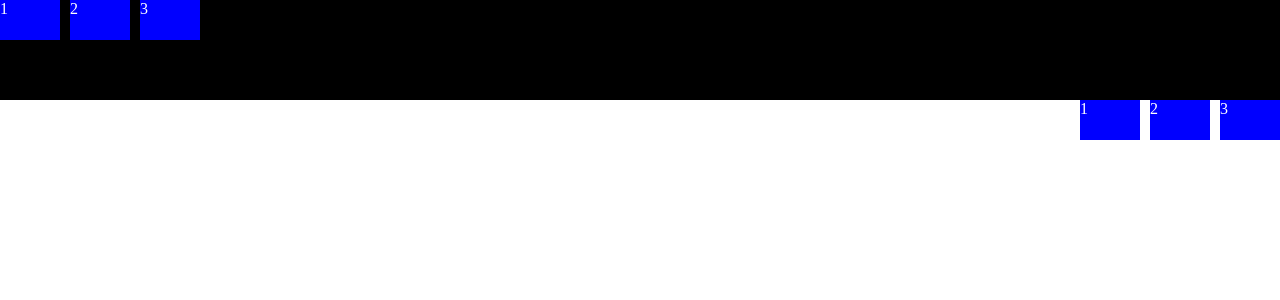
Repository: Elesion08/flexbox
Page: index.html
The author's editor kept a copy of each file at every save. The page is drawn from the files as they stood at one save, then again after the next save.
The browser window is 1280 px wide. The pictures show the whole page.

Above is the page before, as saved 2025-04-14 10:08:10.

### index.html
<!DOCTYPE html>
<html lang="pt-br">
<head>
    <meta charset="UTF-8">
    <meta name="viewport" content="width=device-width, initial-scale=1.0">
    <title>Flexbox - AULA 04</title>
    <link rel="stylesheet" href="style.css">
</head>
<body>
    <div class="container">
        <div class="container__card1">
            <div class="box1">1</div>
            <div class="box1">2</div>
            <div class="box1">3</div>
        </div>
        <div class="container__card2">
            <div class="box2">1</div>
            <div class="box2">2</div>
            <div class="box2">3</div>
        </div>
    </div>
</body>
</html>

### style.css
* {
    margin: 0;
    padding: 0;
    height: 100vh;
    width: 100%;
    box-sizing: border-box;
}

.container__card1 {
    /*Deixar os itens flexiveis em suas posições*/
    display: flex;
    /*cor de fundo da div*/
    background-color: black;
    /*Distância entre os elementos filhos*/
    gap: 10px;
    /*altura do elemento*/
    height: 100px;
}

.box1 {
    color: white;
    background-color: blue;
    height: 40px;
    width: 60px;
}

.container__card2 {
    display: flex;
    background-color: white;
    height: 100px;
    justify-content: flex-end;
    gap: 10px;

}

.box2 {
    color: white;
    background-color: blue;
    height: 40px;
    width: 60px;
}

After the next save:
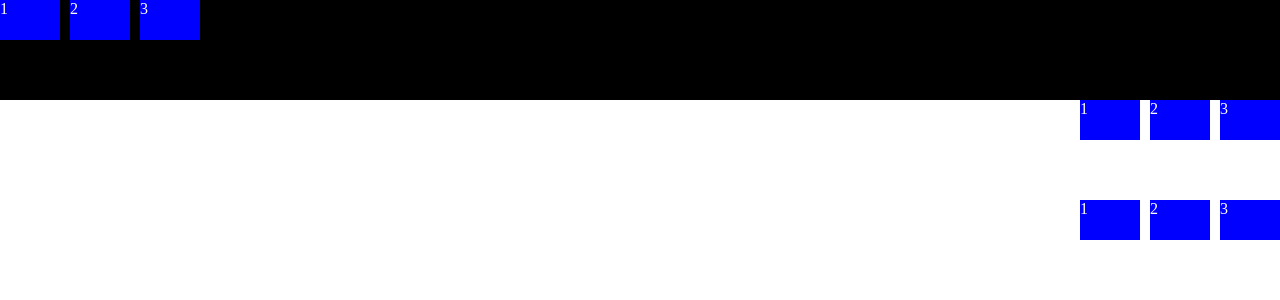
Saved 72 min 10 s later.
--- a/index.html
+++ b/index.html
@@ -18,6 +18,11 @@
             <div class="box2">2</div>
             <div class="box2">3</div>
         </div>
+        <div class="container__card2">
+            <div class="box2">1</div>
+            <div class="box2">2</div>
+            <div class="box2">3</div>
+        </div>
     </div>
 </body>
 </html>
